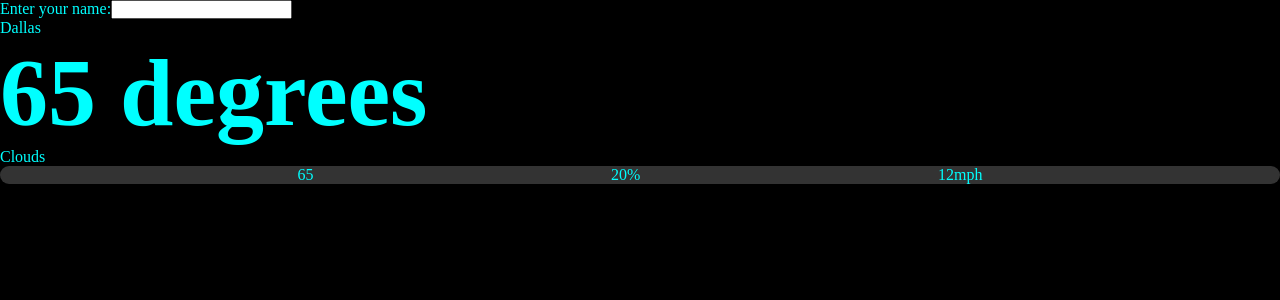
Repository: cakuang1/kanyequotes
Page: /
These files come from the project's save history. The page is drawn as it stood at one moment and after a run of saves; the edit follows.
The browser window is 1280 px wide. The pictures show the whole page.
The project was rebuilt for these pictures with package versions that can differ from the ones it lists, and the page was loaded fresh each time.

Above is the page before, as saved 2022-07-16 17:31:40.

After the next 6 saves:
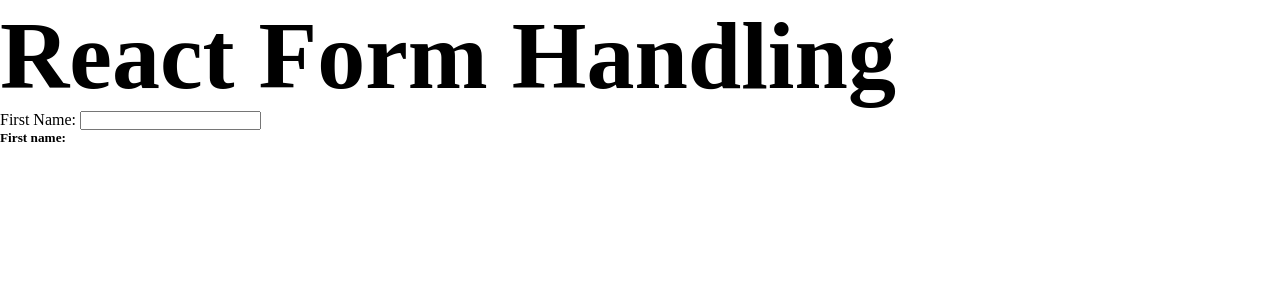
The 6 saves are shown as one change because 3 did not build or start and some came seconds apart.
The last was saved 3 min 8 s later.
--- a/src/App.js
+++ b/src/App.js
@@ -5,50 +5,21 @@ import React,{useState} from 'react';
 
 
 function App() {
-  const [name,setName] = useState("");
-  const url = 'https://api.openweathermap.org/data/2.5/weather?q=sanfrancisco&appid=8b4c41ca9585c94ca791570267e7f977'
 
-  const searchlocation = (event) => {
+  const [fname, setFname] = useState("")
+
+  return (
+    <div>
+      <h1>React Form Handling</h1>
+      <form>
+        <label>
+          First Name: <input type="text" value={fname} />
+        </label>
+      </form>
+      <h5>First name: {fname}</h5>
+    </div>
+  )
+}
 
 
-
-  }
-
-  return (
-    <div className="app">
-      <div>
-        <form>
-          <label>Enter your name:
-          <input type="text" /></label>
-        </form>
-      </div>
-        <div className='container'>
-          <div className='top'>
-            <div className='location'>
-              <p> Dallas</p>
-            </div>
-            <div className='temp'>
-              <h1>65 degrees</h1>
-            </div>
-            <div className='description'>
-              <p>Clouds</p>
-            </div>
-          </div>
-          <div className='bottom'>
-            <div  className = "feels">
-              <p>65</p>
-            </div>
-            <div className='humidity'>
-              <p>20%</p>
-            </div>
-            <div className='winds'>
-              <p> 12mph</p>
-            </div>
-
-          </div>
-        </div>
-    </div>
-  );
-}
-
 export default App;
